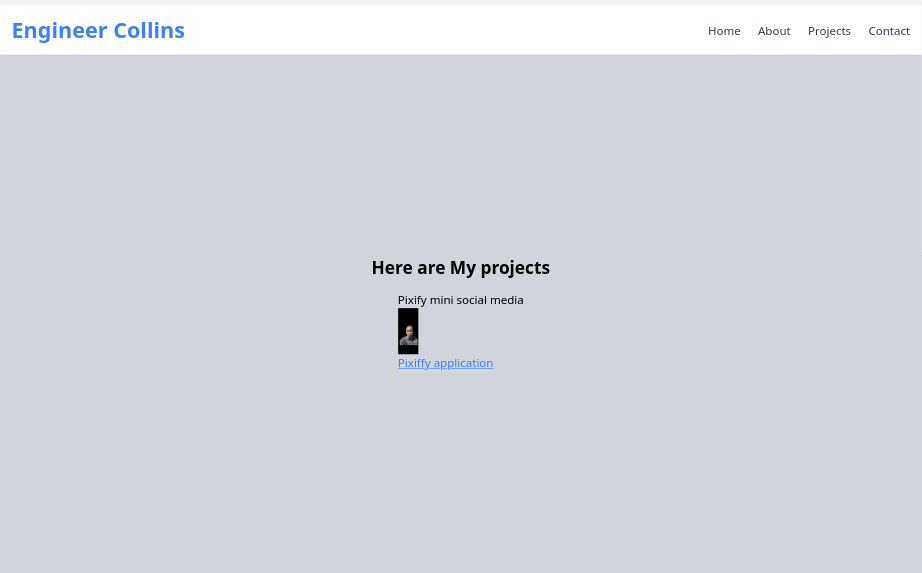
Repository: Engineer-collo/Portfolio
Page: /projects
An editor plug-in stored every save of this project. The page is shown before and after the next save, followed by the edit.
The browser window is 1280 px wide. The pictures show the whole page, at 72% of full size.
The project was rebuilt for these pictures with package versions that can differ from the ones it lists, and the page was loaded fresh each time. Also part of the build but not shown: vite.config.js, src/pages/Footer.jsx, src/pages/HomePage.jsx, src/pages/About.jsx, src/pages/Contact.jsx, src/pages/Blog.jsx, src/pages/Skills.jsx.

Above is the page before, as saved 2025-06-07 16:32:10.

After the next save:
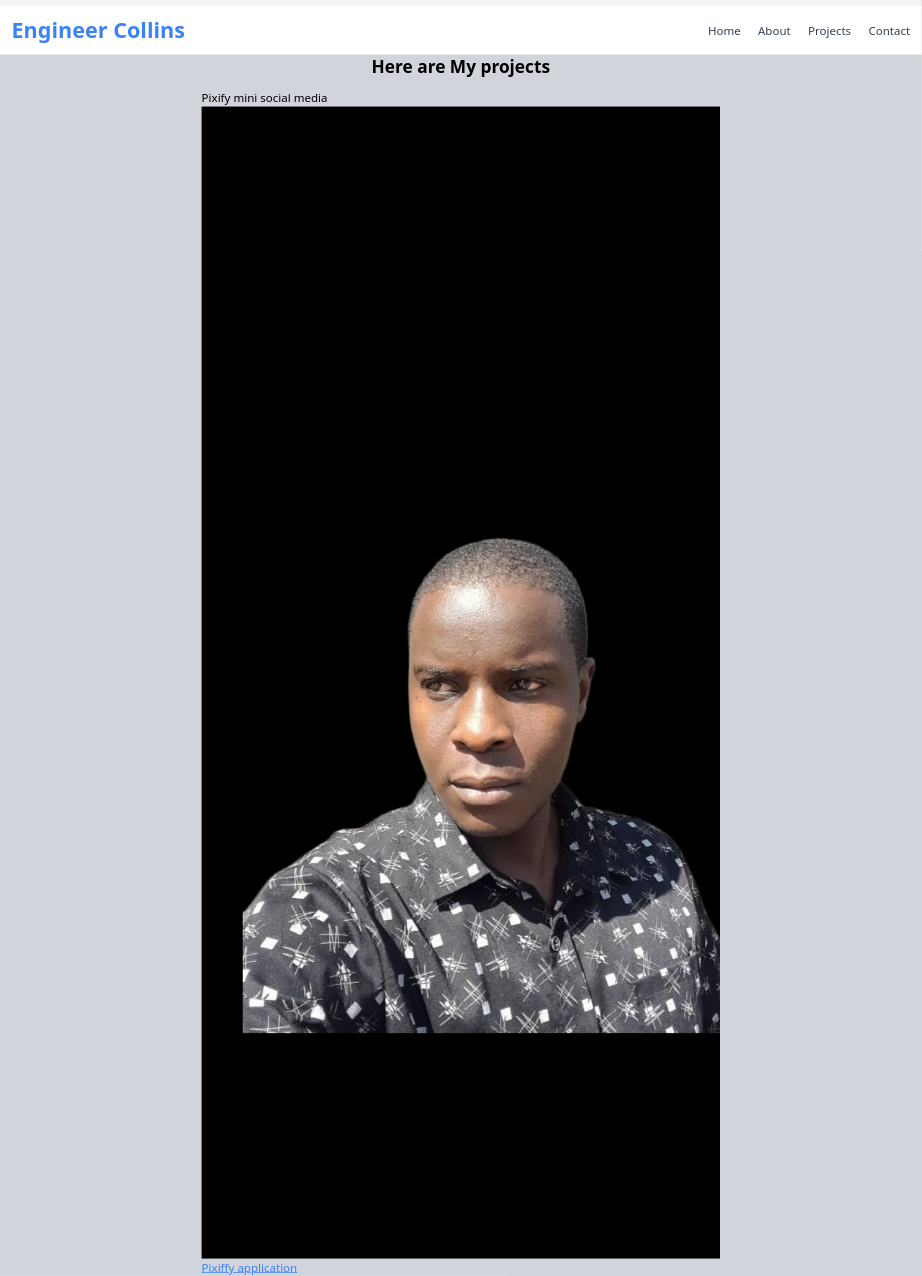
Saved 14 s later.
--- a/src/pages/Projects.jsx
+++ b/src/pages/Projects.jsx
@@ -9,7 +9,7 @@
                     <h1 className="text-center text-2xl font-bold mb-4">Here are My projects</h1>
                     <div>
                     <h3>Pixify mini social media</h3>
-                    <img className="h-16" src="/picture.png" alt="" />
+                    <img className="" src="/picture.png" alt="" />
                     <a
                         href="https://pixi-fy-hrmt.vercel.app/"
                         className="text-blue-500 underline hover:text-blue-700"

After the save that followed:
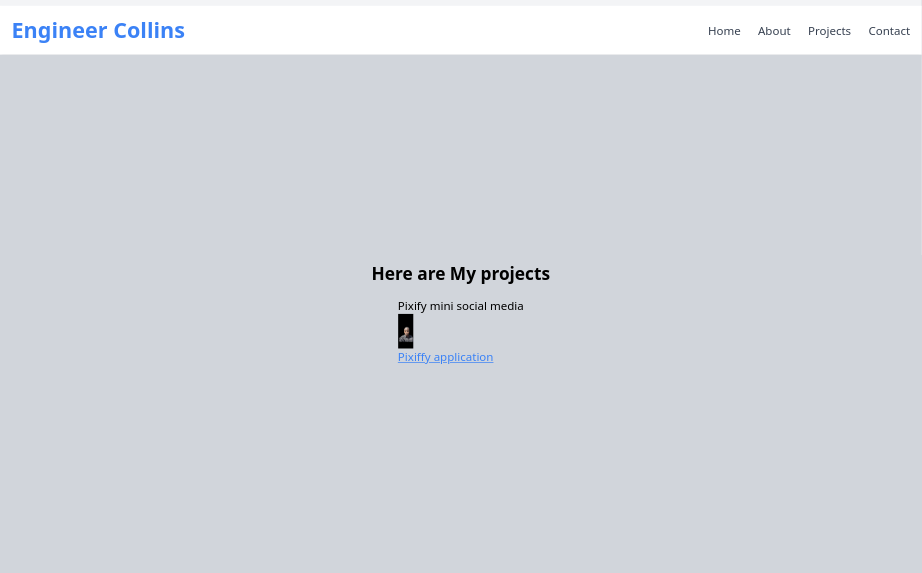
Saved 4 s later.
--- a/src/pages/Projects.jsx
+++ b/src/pages/Projects.jsx
@@ -9,7 +9,7 @@
                     <h1 className="text-center text-2xl font-bold mb-4">Here are My projects</h1>
                     <div>
                     <h3>Pixify mini social media</h3>
-                    <img className="" src="/picture.png" alt="" />
+                    <img className="h-12" src="/picture.png" alt="" />
                     <a
                         href="https://pixi-fy-hrmt.vercel.app/"
                         className="text-blue-500 underline hover:text-blue-700"
